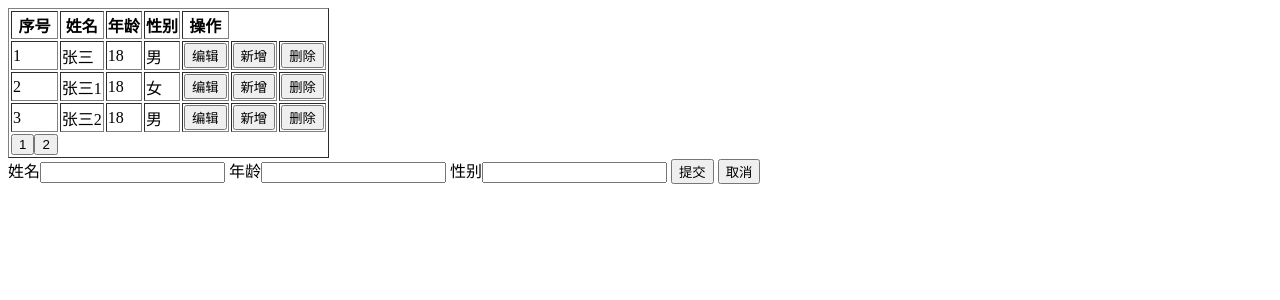
Repository: yuanritian1/5oproject50days
Page: 表格table/index.html
These files come from the project's save history. The page is drawn as it stood at one moment and after the next save; the edit follows.
The browser window is 1280 px wide. The pictures show the whole page.

Above is the page before, as saved 2022-09-03 15:51:58.

### 表格table/index.html
<!DOCTYPE html>
<html lang="en">

<head>
    <meta charset="UTF-8">
    <meta http-equiv="X-UA-Compatible" content="IE=edge">
    <meta name="viewport" content="width=device-width, initial-scale=1.0">
    <title>Document</title>
</head>

<body>
    <div id="containerBox">
        <table border="1">
            <thead>
                <tr>
                    <th>
                        序号
                    </th>
                    <th>
                        姓名
                    </th>
                    <th>
                        年龄
                    </th>
                    <th>
                        性别
                    </th>
                    <th>
                        操作
                    </th>
                </tr>
            </thead>
            <tbody id="content">
            </tbody>
            <tfoot id="foot">
            </tfoot>
        </table>
    </div>
    <div class="inputContent">
        <label>姓名</label><input type="text">
        <label>年龄</label><input type="text">
        <label>性别</label><input type="text">
        <button>提交</button>
        <button>取消</button>
    </div>
</body>

</html>
<script>
    const DATE_ARR = [
        { id: '1', name: '张三', age: '18', sex: '男' },
        { id: '2', name: '张三1', age: '18', sex: '女' },
        { id: '3', name: '张三2', age: '18', sex: '男' },
        { id: '4', name: '张三3', age: '18', sex: '男' },
        { id: '5', name: '张三4', age: '18', sex: '女' },
        { id: '6', name: '张三5', age: '18', sex: '男' },
    ]
    let bodyContent = document.getElementById('content')
    let footContent = document.getElementById('foot')
    let btnGrounp = document.querySelectorAll('input')
    let inputContent = document.getElementsByClassName('inputContent')[0]
    console.log(inputContent);
    console.log(btnGrounp);
    function showTable(data) {
        bodyContent.innerHTML = ''
        data.forEach((item) => {
            bodyContent.innerHTML += `
    <tr>
        <td>${item.id}</td>
        <td>${item.name}</td>
        <td>${item.age}</td>
        <td>${item.sex}</td>
        <td><button onclick='edit(${item.id})'>编辑</button></td>
        <td><button>新增</button></td>
        <td><button>删除</button></td>
        </tr>
    `
        })
    }
    function edit(e) {
        btnGrounp[0].value = DATE_ARR[e - 1].name
        btnGrounp[1].value = DATE_ARR[e - 1].age
        btnGrounp[2].value = DATE_ARR[e - 1].sex
    }
    function jiequ(value) {
        let arr = DATE_ARR.slice((value - 1) * 3, 3 * value)
        showTable(arr)
    }
    function page(e) {
        jiequ(+e.innerHTML)
    }
    function fenye() {
        let num = Math.ceil(DATE_ARR.length / 3)
        let str = ''
        for (let i = 0; i < num; i++) {
            str += `
<button onclick='page(this)'>${i + 1}</button>
`
        }
        footContent.innerHTML = str
    }
    fenye()
    jiequ(1)
</script>

After the next save:
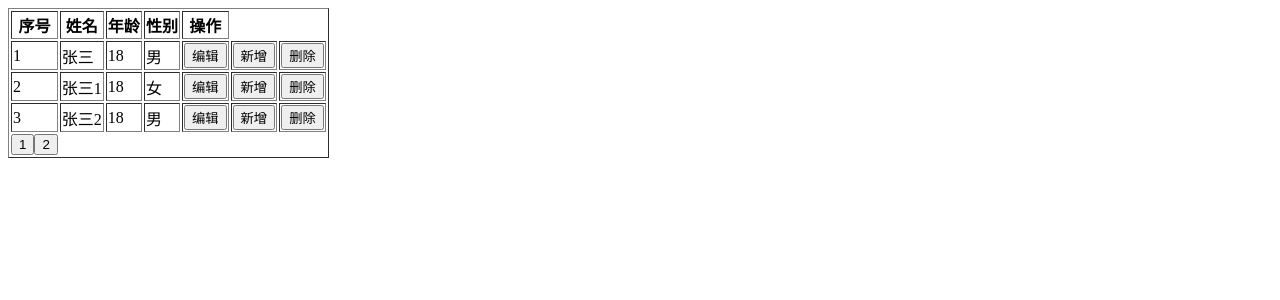
Saved 29 s later.
--- a/表格table/index.html
+++ b/表格table/index.html
@@ -6,6 +6,11 @@
     <meta http-equiv="X-UA-Compatible" content="IE=edge">
     <meta name="viewport" content="width=device-width, initial-scale=1.0">
     <title>Document</title>
+    <style>
+        .inputContent {
+            display: none;
+        }
+    </style>
 </head>
 
 <body>
@@ -59,8 +64,6 @@
     let footContent = document.getElementById('foot')
     let btnGrounp = document.querySelectorAll('input')
     let inputContent = document.getElementsByClassName('inputContent')[0]
-    console.log(inputContent);
-    console.log(btnGrounp);
     function showTable(data) {
         bodyContent.innerHTML = ''
         data.forEach((item) => {
